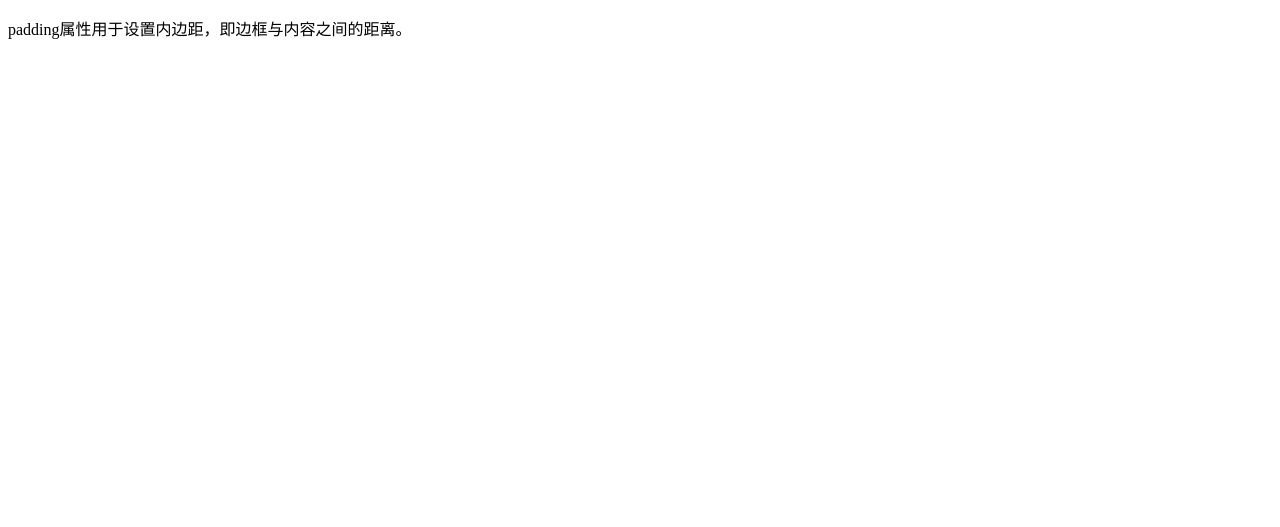
Repository: TheBestBadGuy0228/code
Page: 盒子的内边距.html
An editor plug-in stored every save of this project. The page is shown before and after the next save, followed by the edit.
The browser window is 1280 px wide. The pictures show the whole page.

Above is the page before, as saved 2021-11-24 10:53:51.

### 盒子的内边距.html
<!-- /*
 * @Author: Xiao
 * @Date: 2021-11-24 10:50:17
 * @Last Modified by:   Xiao
 * @Last Modified time: 2021-11-24 10:50:17
 */ -->
<!DOCTYPE html>
<html lang="en">
<head>
    <meta charset="UTF-8">
    <meta http-equiv="X-UA-Compatible" content="IE=edge">
    <meta name="viewport" content="width=device-width, initial-scale=1.0">
    <title>盒子的内边距</title>
</head>
<body>
    <!-- padding属性用于设置内边距，即边框与内容之间的距离。
    属性                                作用
padding-left                         左内边距
padding-right                        右内边距
padding-top                          上内边距
padding-bottom                       下内边距
-->
    <div>
        <p>padding属性用于设置内边距，即边框与内容之间的距离。</p>
    </div>
</body>
</html>

After the next save:
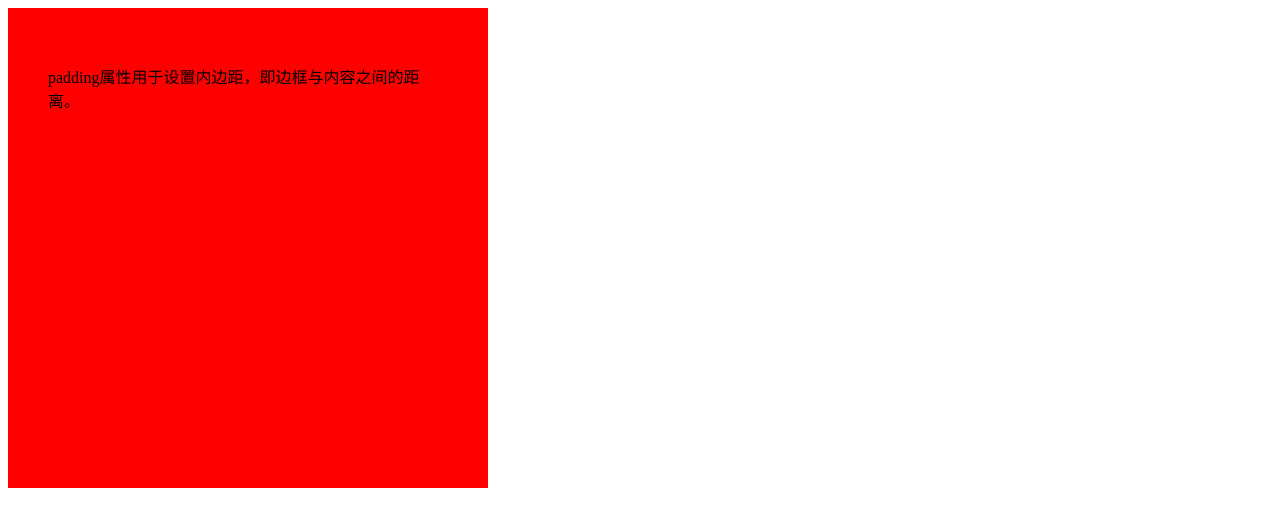
Saved 85 s later.
--- a/盒子的内边距.html
+++ b/盒子的内边距.html
@@ -11,6 +11,14 @@
     <meta http-equiv="X-UA-Compatible" content="IE=edge">
     <meta name="viewport" content="width=device-width, initial-scale=1.0">
     <title>盒子的内边距</title>
+    <style>
+        div {
+            width: 400px;
+            height: 400px;
+            background-color: red;
+            padding: 40px;
+        }
+    </style>
 </head>
 <body>
     <!-- padding属性用于设置内边距，即边框与内容之间的距离。
